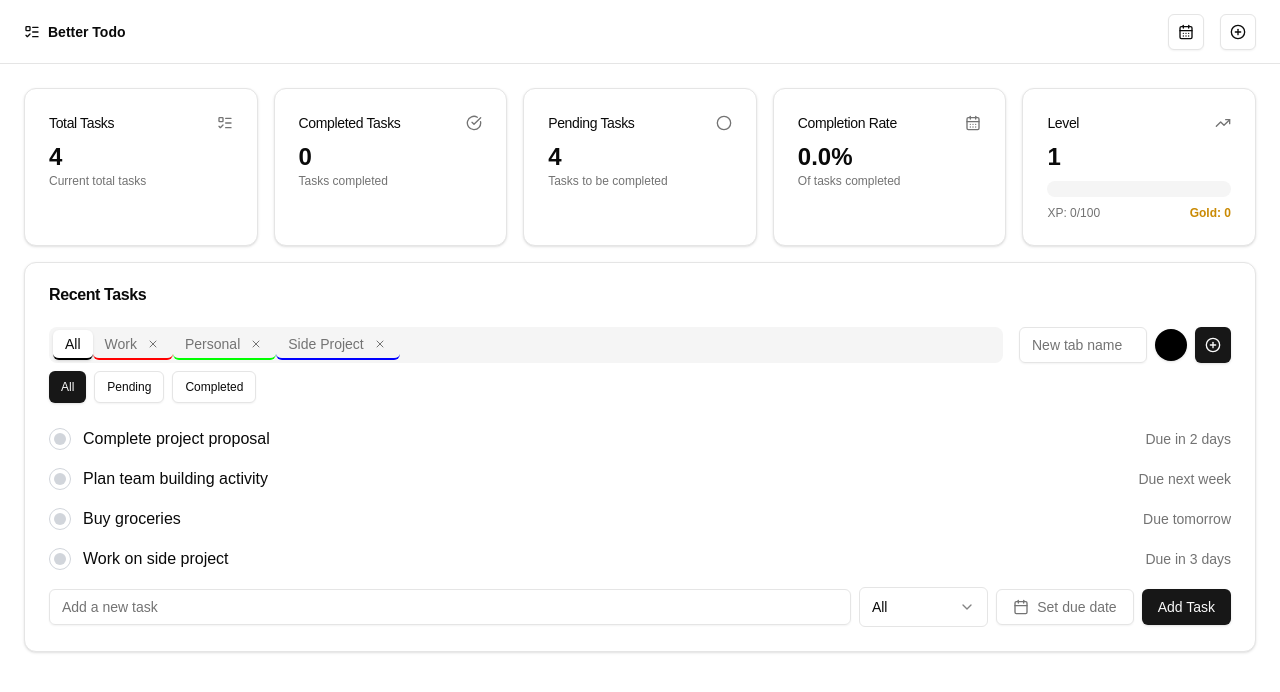
Repository: malikbarbier7/better-todo
Page: /dashboard
These files come from the project's save history. The page is drawn as it stood at one moment and after the next save; the edit follows.
The browser window is 1280 px wide. The pictures show the whole page.
The project was rebuilt for these pictures with package versions that can differ from the ones it lists, and the page was loaded fresh each time. The framework's server and built-in components were replaced by stand-ins that run in the browser. Also part of the build but not shown: next.config.js, next.config.mjs, components/ui/calendar.tsx.

Above is the page before, as saved 2024-10-04 14:13:03.

After the next save:
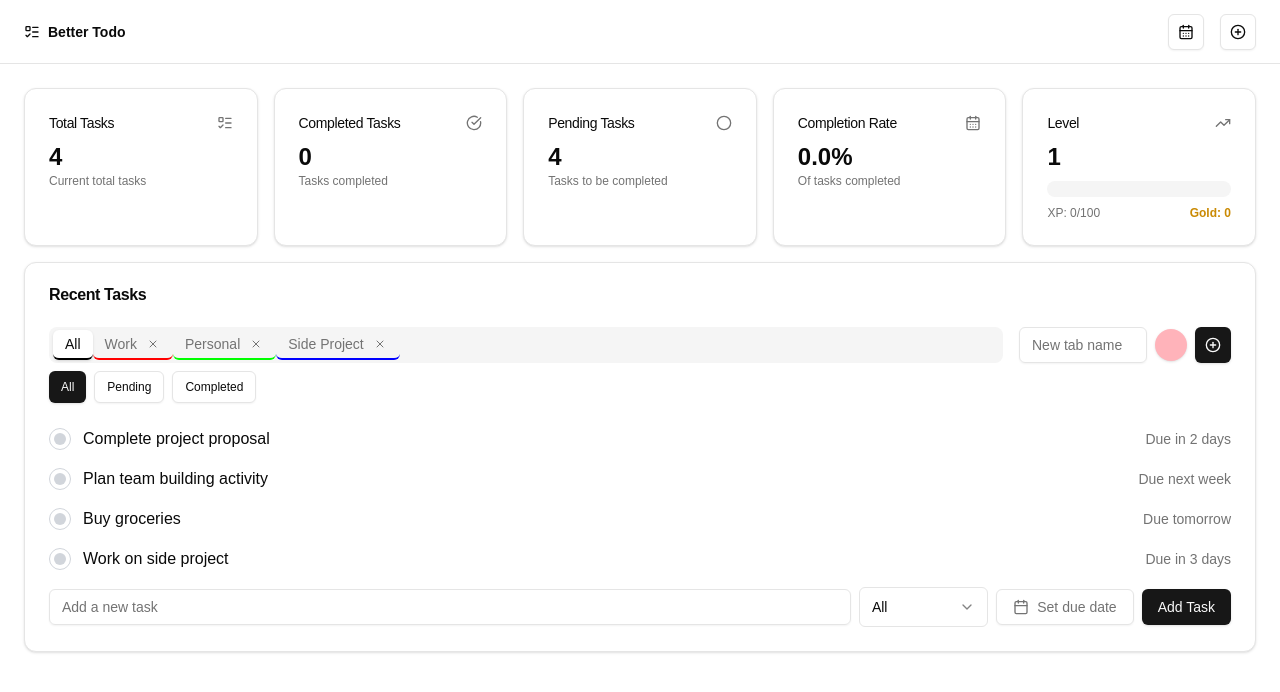
Saved 62 s later.
--- a/components/dashboard.tsx
+++ b/components/dashboard.tsx
@@ -22,7 +22,17 @@ import {
 } from "@/components/ui/popover"
 import { format } from "date-fns"
 import { cn } from "@/lib/utils"
-import { HexColorPicker } from "react-colorful"
+
+const pasteColors = [
+  '#FFB3BA', // Rose pâle
+  '#BAFFC9', // Vert pâle
+  '#BAE1FF', // Bleu pâle
+  '#FFFFBA', // Jaune pâle
+  '#FFD9BA', // Orange pâle
+  '#E0BBE4', // Lavande pâle
+  '#D4F0F0', // Turquoise pâle
+  '#FFC6FF', // Magenta pâle
+];
 
 export function Dashboard() {
   const [tabs, setTabs] = React.useState([
@@ -62,7 +72,7 @@ export function Dashboard() {
   const [xp, setXp] = React.useState(0)
   const [gold, setGold] = React.useState(0)
   const [isDatePickerOpen, setIsDatePickerOpen] = React.useState(false);
-  const [newTabColor, setNewTabColor] = React.useState('#000000')
+  const [newTabColor, setNewTabColor] = React.useState(pasteColors[0])
   const [isColorPickerOpen, setIsColorPickerOpen] = React.useState(false)
 
   const handleAddTab = () => {
@@ -73,7 +83,7 @@ export function Dashboard() {
       setActiveTab(newTabName);
       setNewTaskSpace(newTabName);
       setNewTabName('');
-      setNewTabColor('#000000'); // Réinitialiser la couleur
+      setNewTabColor(pasteColors[0]); // Réinitialiser la couleur
       setIsColorPickerOpen(false);
     }
   }
@@ -342,8 +352,20 @@ export function Dashboard() {
                             onClick={() => setIsColorPickerOpen(true)}
                           />
                         </PopoverTrigger>
-                        <PopoverContent className="w-auto p-0">
-                          <HexColorPicker color={newTabColor} onChange={setNewTabColor} />
+                        <PopoverContent className="w-auto p-2">
+                          <div className="flex flex-wrap gap-2">
+                            {pasteColors.map((color) => (
+                              <Button
+                                key={color}
+                                style={{ backgroundColor: color }}
+                                className="w-8 h-8 rounded-full"
+                                onClick={() => {
+                                  setNewTabColor(color);
+                                  setIsColorPickerOpen(false);
+                                }}
+                              />
+                            ))}
+                          </div>
                         </PopoverContent>
                       </Popover>
                       <Button onClick={handleAddTab} size="icon">
